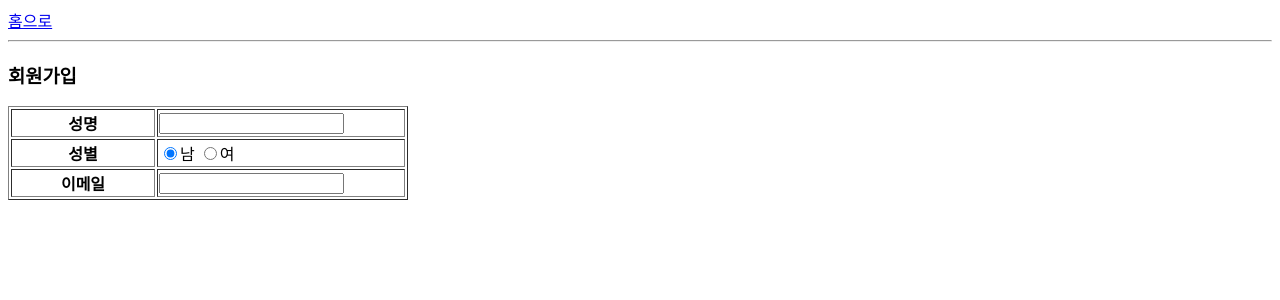
Repository: linklifejo/study_spring
Page: http://localhost/web/member
The author's editor kept a copy of each file at every save. The page is drawn from the files as they stood at one save, then again after the next save.
The browser window is 1280 px wide. The pictures show the whole page.
The page is served by Tomcat 9.

Above is the page before, as saved 2023-02-14 01:03:30.

After the next save:
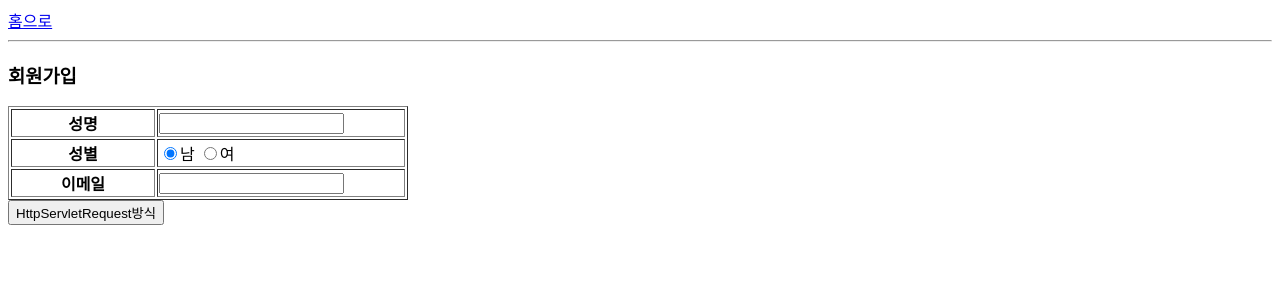
Saved 41 s later.
--- a/web/src/main/webapp/WEB-INF/views/member/join.jsp
+++ b/web/src/main/webapp/WEB-INF/views/member/join.jsp
@@ -27,7 +27,7 @@
 	<td><input type='text' name='email'></td>
 </tr>
 </table>
-
+<input type='submit' value='HttpServletRequest방식'>
 </form>
 
 </body>
